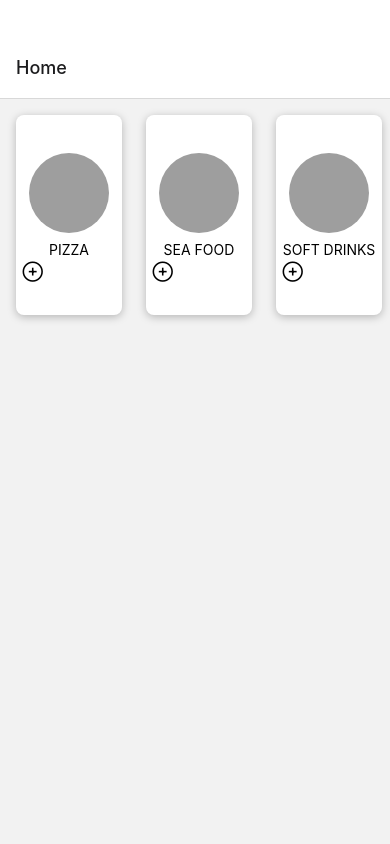
Repository: Esraa22M/ReactNative
Screen: /
An editor plug-in stored every save of this project. The screen is shown before and after the next save, followed by the edit.
Pictures or frames that could not be fetched are drawn as grey boxes. The app was drawn by React Native's web renderer in a window 390 px wide. The project was rebuilt for these pictures with package versions that can differ from the ones it lists, and the page was loaded fresh each time. Also part of the build but not shown: src/components/header/header.component.js, src/colors/front-screen-colors/user-auth-colors.js, src/components/header/header.styles.js, src/components/textInput/textInput.styles.js, src/components/textInput/textInput.components.jsx, src/components/singup-form-body/singup-form-body.components.js, src/screens/front-screen/Singup/singup-screen.screens.jsx, src/authentication/api/login-info.js and 2 more.

Above is the screen before, as saved 2023-09-21 01:40:00.

After the next save:
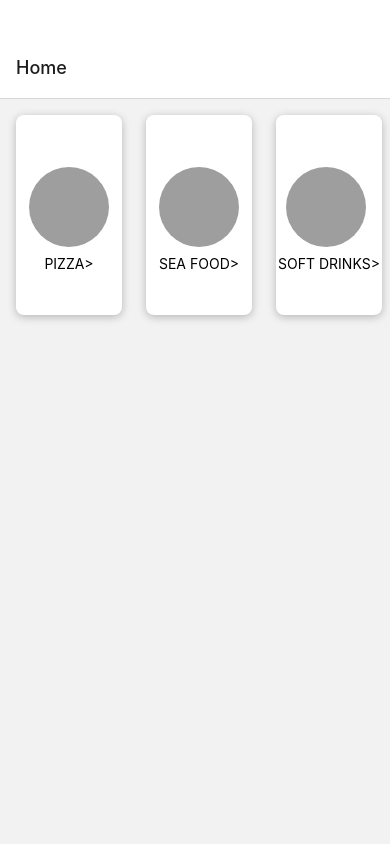
Saved 109 s later.
--- a/src/components/categories/category-item.components.js
+++ b/src/components/categories/category-item.components.js
@@ -8,8 +8,7 @@ export const CategoryItem = ({ item }) => {
     <View style={styles.container}>
       <Pressable>
         <Image source={{ uri: image }} style={styles.image} />
-        <Text style={styles.categoryName}>{name}</Text>
-        <IconButton name={"arrow-back-circle"} size={25} color="black" />
+        <Text style={styles.categoryName}>{name}&gt;</Text>{" "}
       </Pressable>
     </View>
   );
